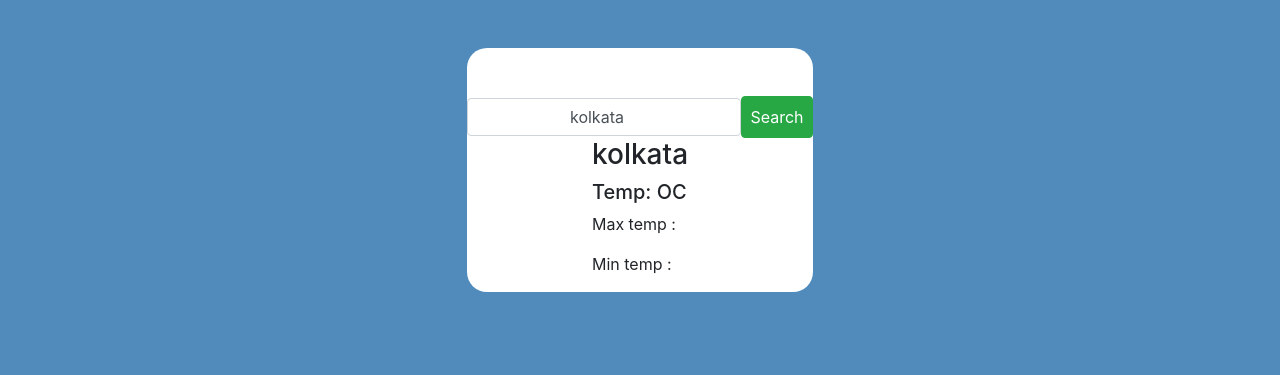
Repository: subhaDTECH/weather-app
Page: /
An editor plug-in stored every save of this project. The page is shown before and after the next save, followed by the edit.
The browser window is 1280 px wide. The pictures show the whole page.
The page's requests for data from a server got no answer. The project was rebuilt for these pictures with package versions that can differ from the ones it lists, and the page was loaded fresh each time. No one was signed in, and anything a server would have sent is missing.

Above is the page before, as saved 2021-11-19 16:15:24.

After the next save:
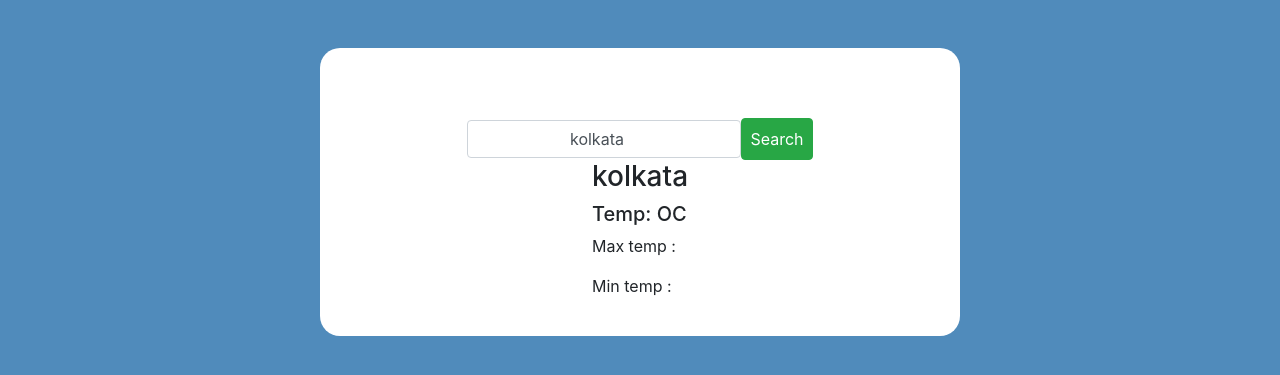
Saved 33 s later.
--- a/src/index.css
+++ b/src/index.css
@@ -12,8 +12,8 @@ body{
   background-color: rgb(80, 139, 187);
 }
 .weather-app{
-  max-width: 800px;
-  max-height: 500px;
+ width :50vw;
+ height:40vh;
   background-color:#fff;
   border-radius: 20px;
 }
